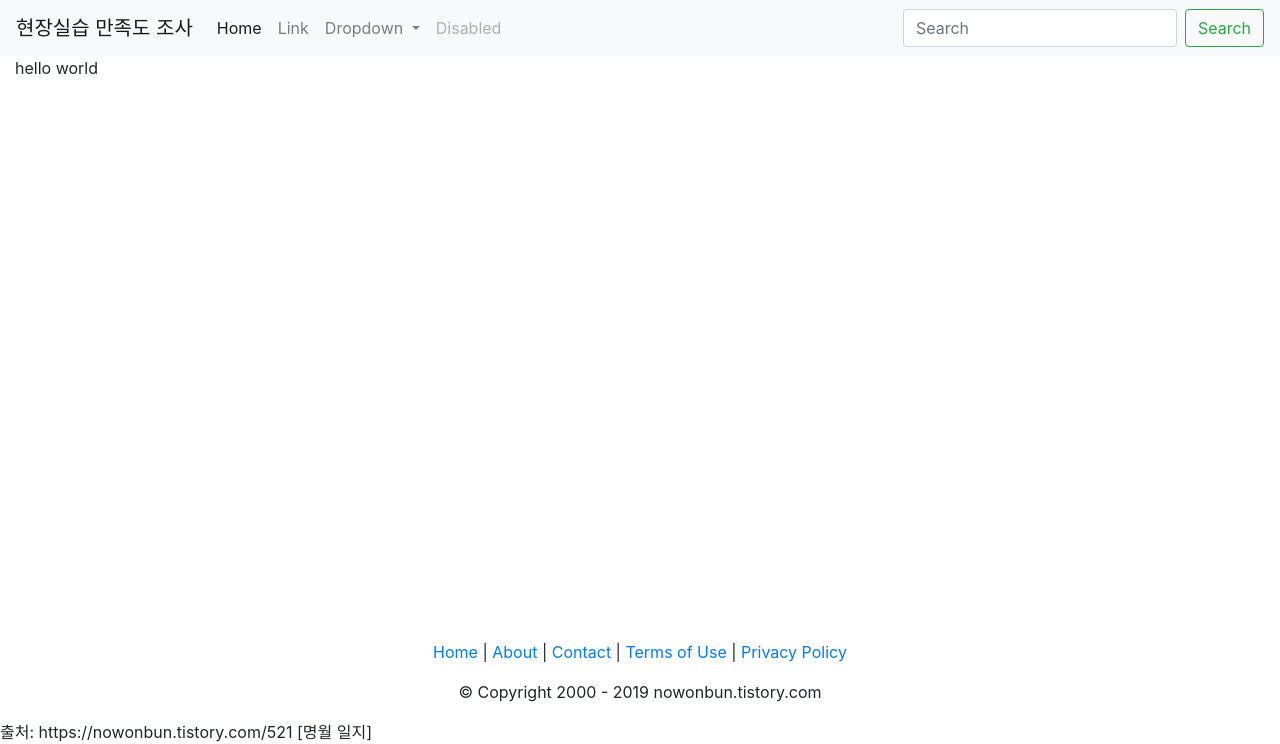
Repository: monho/studentenquete
Page: http://localhost/bsksproject/
An editor plug-in stored every save of this project. The page is shown before and after the next save, followed by the edit.
The browser window is 1280 px wide. The pictures show the whole page.
The page is served by Tomcat 9. Other server files are loaded and not shown.

Above is the page before, as saved 2021-10-08 03:18:54.

### bskspro/bsksproject/src/main/webapp/index.jsp
<%@ page language="java" contentType="text/html; charset=utf-8" pageEncoding="utf-8"%>

<!doctype html>
<html>
<head>
  <meta charset="utf-8">
      <link rel="stylesheet" href="./css/custom.css">
  <meta name="viewport" content="width=device-width, initial-scale=1, shrink-to-fit=no">
  <link rel="stylesheet" href="https://stackpath.bootstrapcdn.com/bootstrap/4.3.1/css/bootstrap.min.css" integrity="sha384-ggOyR0iXCbMQv3Xipma34MD+dH/1fQ784/j6cY/iJTQUOhcWr7x9JvoRxT2MZw1T" crossorigin="anonymous">
  <title>현장실습 만족도 조사</title>
</head>
<body>
  <!-- 해더 영역 // 네비게이션과 검색 박스, 모바일의 경우는 토글 버튼이 있다. -->
  <header>
    <nav class="navbar navbar-expand-lg navbar-light bg-light">
      <!-- 타이틀 -->
      <a class="navbar-brand" href="#">현장실습 만족도 조사</a>
      <!-- 모바일의 경우 토클 메뉴 버튼 -->
      <button class="navbar-toggler" type="button" data-toggle="collapse" data-target="#navbarSupportedContent" aria-controls="navbarSupportedContent" aria-expanded="false" aria-label="Toggle navigation">
        <span class="navbar-toggler-icon"></span>
      </button>
      <!-- 메뉴 -->
      <div class="collapse navbar-collapse" id="navbarSupportedContent">
        <ul class="navbar-nav mr-auto">
          <li class="nav-item active">
            <a class="nav-link" href="#">Home <span class="sr-only">(current)</span></a>
          </li>
          <li class="nav-item">
            <a class="nav-link" href="#">Link</a>
          </li>
          <li class="nav-item dropdown">
            <a class="nav-link dropdown-toggle" href="#" id="navbarDropdown" role="button" data-toggle="dropdown" aria-haspopup="true" aria-expanded="false">
              Dropdown
            </a>
            <div class="dropdown-menu" aria-labelledby="navbarDropdown">
              <a class="dropdown-item" href="#">Action</a>
              <a class="dropdown-item" href="#">Another action</a>
              <div class="dropdown-divider"></div>
              <a class="dropdown-item" href="#">Something else here</a>
            </div>
          </li>
          <li class="nav-item">
            <a class="nav-link disabled" href="#" tabindex="-1" aria-disabled="true">Disabled</a>
          </li>
        </ul>
        <!-- 검색 박스 -->
        <form class="form-inline my-2 my-lg-0">
          <input class="form-control mr-sm-2" type="search" placeholder="Search" aria-label="Search">
          <button class="btn btn-outline-success my-2 my-sm-0" type="submit">Search</button>
        </form>
      </div>
    </nav>
  </header>
  <!-- 메인 min-height는 내가 넣어서 최소 높이 설정을 했다. 푸터가 화면 하단에 생길수 있도록... -->
  <div class="container-fluid" style="min-height: calc(100vh - 136px);">
    hello world
  </div>
  <!-- 하단 푸터이다. 가운데 정렬를 했다. -->
  <footer style="text-align:center">
    <p class="about">
      <a href="."><i class="fa fa-home"></i> Home</a> |
      <a href="." rel="nofollow">About</a> |
      <a href="." rel="nofollow">Contact</a> |
      <a href="." rel="nofollow">Terms of Use</a> |
      <a href="." rel="nofollow">Privacy Policy</a>
    </p>
    <p>© Copyright 2000 - 2019 nowonbun.tistory.com  </p>
  </footer>
  <script src="https://code.jquery.com/jquery-3.3.1.slim.min.js" integrity="sha384-q8i/X+965DzO0rT7abK41JStQIAqVgRVzpbzo5smXKp4YfRvH+8abtTE1Pi6jizo" crossorigin="anonymous"></script>
  <script src="https://cdnjs.cloudflare.com/ajax/libs/popper.js/1.14.7/umd/popper.min.js" integrity="sha384-UO2eT0CpHqdSJQ6hJty5KVphtPhzWj9WO1clHTMGa3JDZwrnQq4sF86dIHNDz0W1" crossorigin="anonymous"></script>
  <script src="https://stackpath.bootstrapcdn.com/bootstrap/4.3.1/js/bootstrap.min.js" integrity="sha384-JjSmVgyd0p3pXB1rRibZUAYoIIy6OrQ6VrjIEaFf/nJGzIxFDsf4x0xIM+B07jRM" crossorigin="anonymous"></script>
</body>
</html>


출처: https://nowonbun.tistory.com/521 [명월 일지]

### bskspro/bsksproject/src/main/webapp/css/custom.css
@charset "UTF-8";

body {

 font-family: 'Noto Sans KR', sans-serif;


}

After the next save:
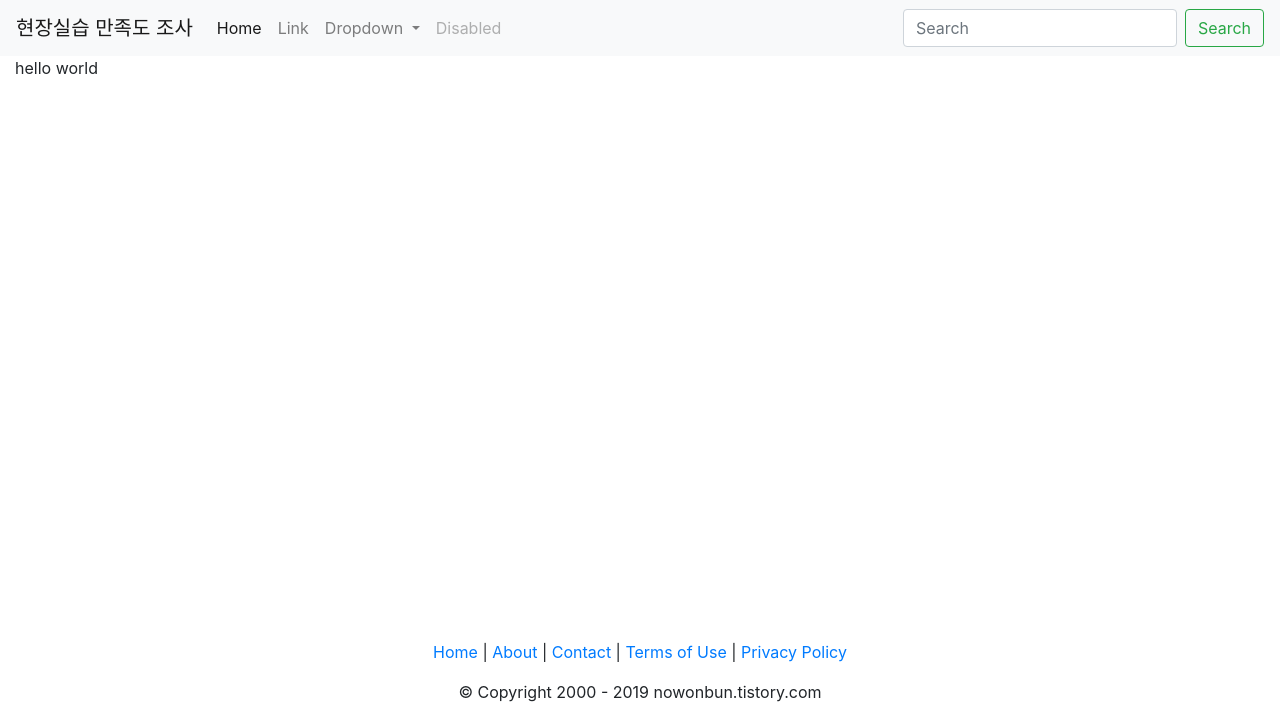
Saved 33 s later.
--- a/bskspro/bsksproject/src/main/webapp/index.jsp
+++ b/bskspro/bsksproject/src/main/webapp/index.jsp
@@ -71,6 +71,3 @@
   <script src="https://stackpath.bootstrapcdn.com/bootstrap/4.3.1/js/bootstrap.min.js" integrity="sha384-JjSmVgyd0p3pXB1rRibZUAYoIIy6OrQ6VrjIEaFf/nJGzIxFDsf4x0xIM+B07jRM" crossorigin="anonymous"></script>
 </body>
 </html>
-
-
-출처: https://nowonbun.tistory.com/521 [명월 일지]
